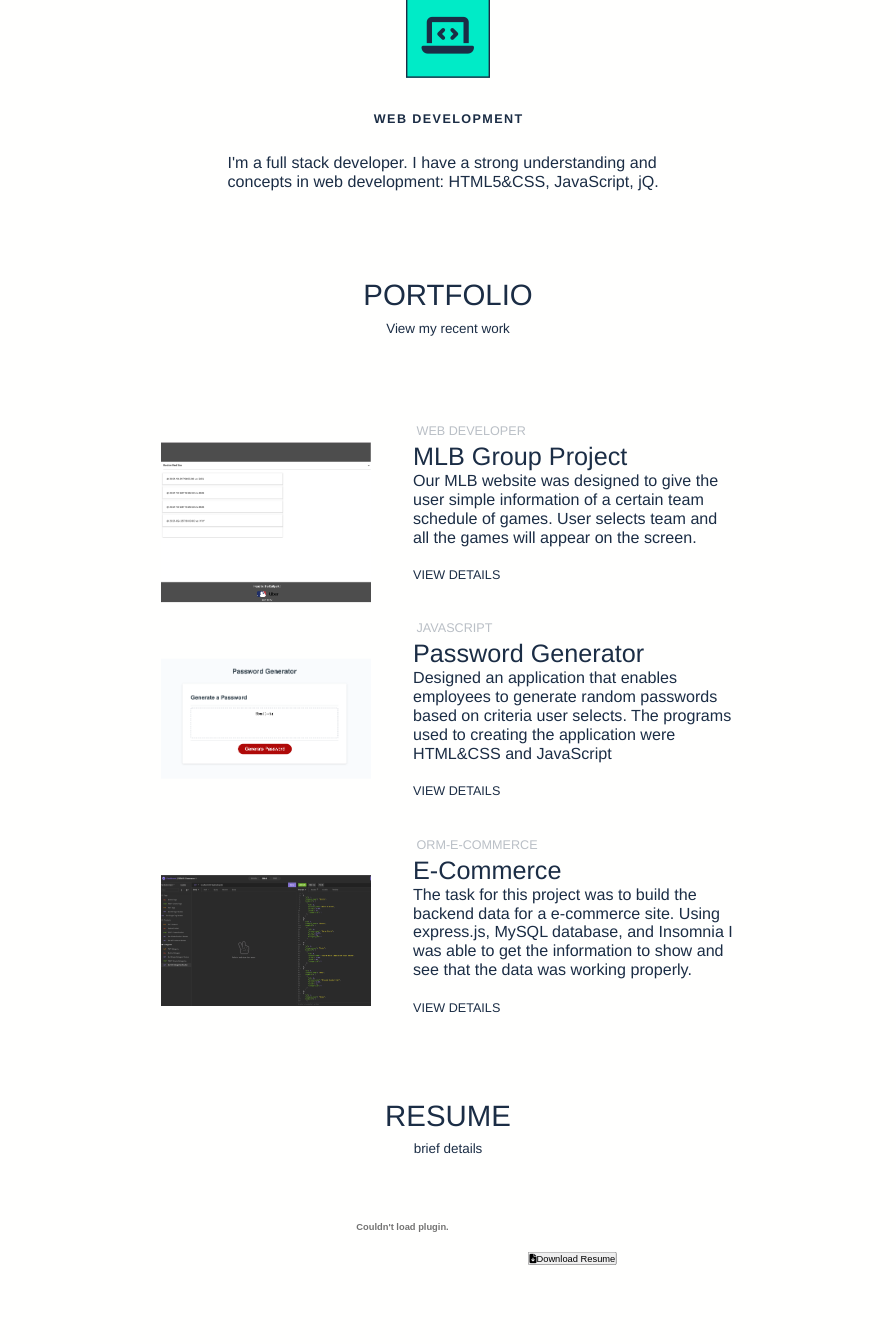
Repository: jb150524/JB-Portfolio
Page: index.html
An editor plug-in stored every save of this project. The page is shown before and after the next save, followed by the edit.
The browser window is 1280 px wide. The pictures show the part of the page from y = 1933 to 3853 px (the page is 4329 px tall before and 4356 px after), at 70% of full size.
Some web libraries are served in a nearby version.

Above is the page before, as saved 2021-09-25 21:26:11.

After the next save:
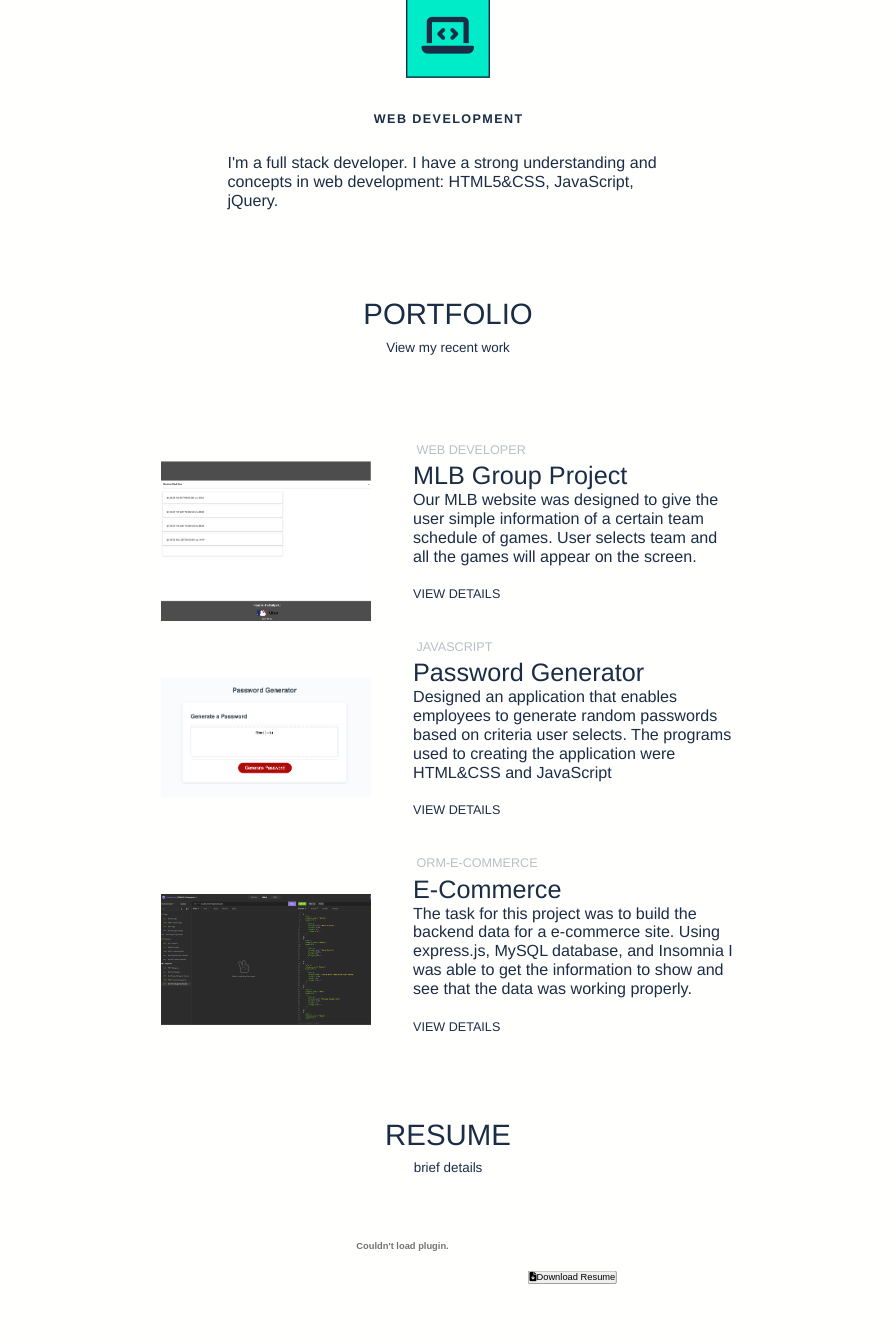
Saved 4 s later.
--- a/index.html
+++ b/index.html
@@ -75,7 +75,7 @@
           </div>
               <h1>Web Development</h1>
               <p>
-              I'm a full stack developer. I have a strong understanding and concepts in web development: HTML5&CSS, JavaScript, jQ.
+              I'm a full stack developer. I have a strong understanding and concepts in web development: HTML5&CSS, JavaScript, jQuery.
               </p>
             </div>
           </div>
